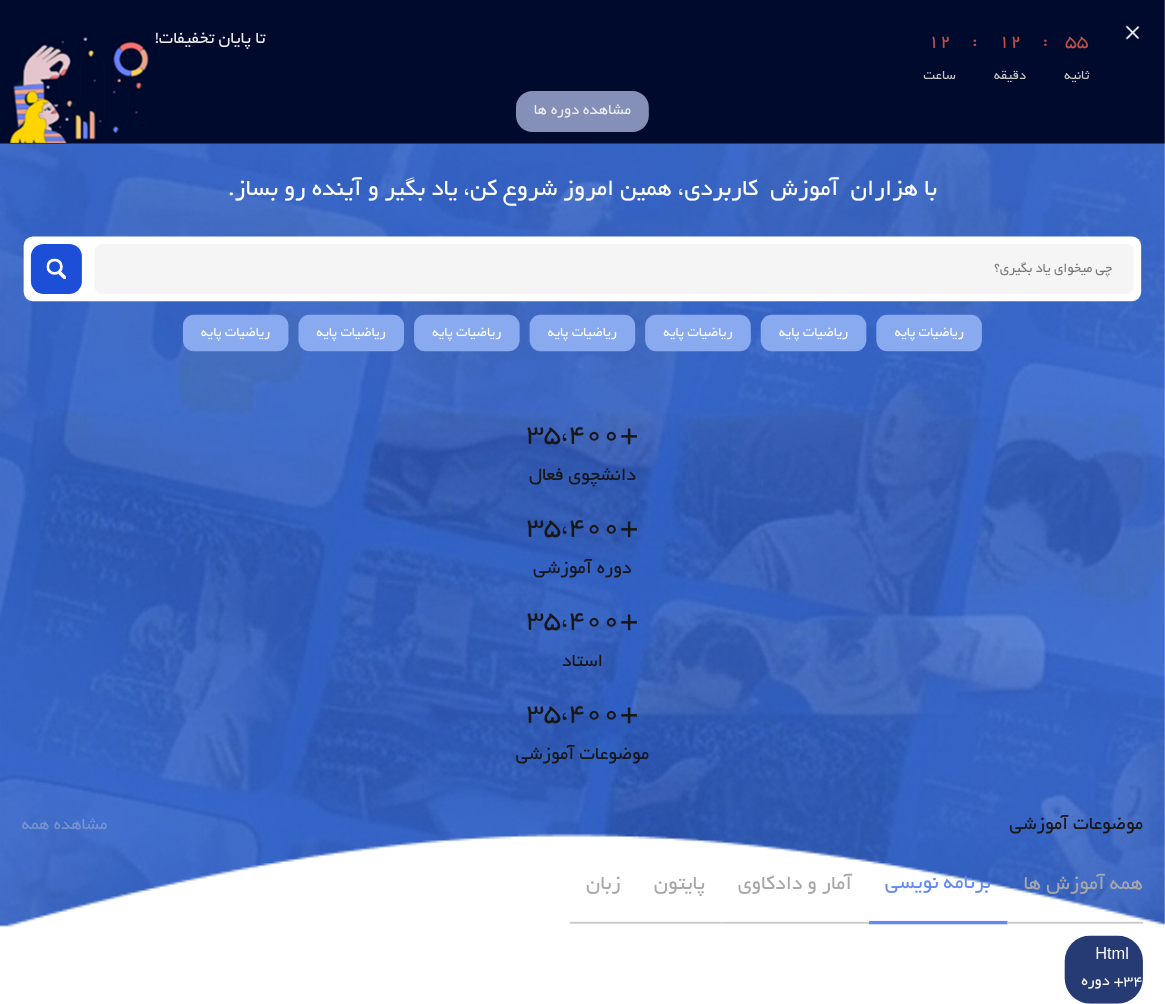
Repository: sinafath/fradars
Page: /
An editor plug-in stored every save of this project. The page is shown before and after the next save, followed by the edit.
The browser window is 1280 px wide. The pictures show the whole page, at 91% of full size.
The project was rebuilt for these pictures with package versions that can differ from the ones it lists, and the page was loaded fresh each time. The framework's server and built-in components were replaced by stand-ins that run in the browser. Also part of the build but not shown: next.config.ts.

Above is the page before, as saved 2025-09-22 17:55:31.

After the next save:
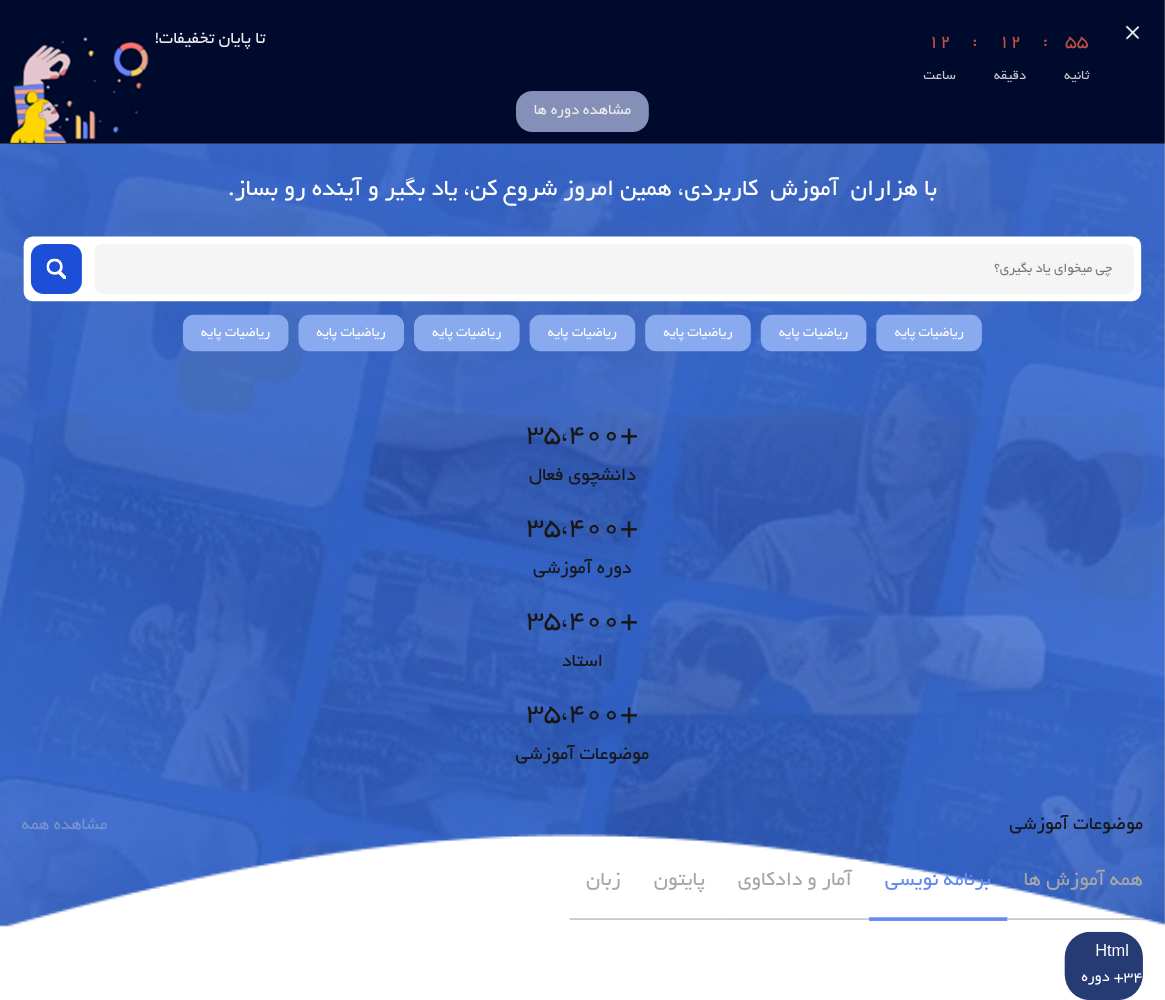
Saved 24 s later.
--- a/src/app/page.tsx
+++ b/src/app/page.tsx
@@ -87,7 +87,7 @@
         </Column>
       </Column>
       <Header title="موضوعات آموزشی " />
-      <Row className="mt-[30px] overflow-y-auto ms-[24px]">
+      <Row className=" overflow-y-auto ms-[24px]">
         <div className="pe-[18px] flex-shrink-0   text-[#A7A7A7] text-[24px] pb-[22px] border-b-[2px]  border-solid border-b-[#C9C9C9]">همه آموزش ها</div>
         <div className="pe-[18px] flex-shrink-0 ps-[18px] text-[#6489F2]  text-[24px] pb-[22px] border-b-[4px] border-solid border-b-[#6489F2]"  > برنامه نویسی</div>
         <div className="pe-[18px] flex-shrink-0 ps-[18px] text-[#A7A7A7] text-[24px] pb-[22px] border-b-[2px]  border-b-solid border-b-[#C9C9C9]">آمار و دادکاوی</div>
